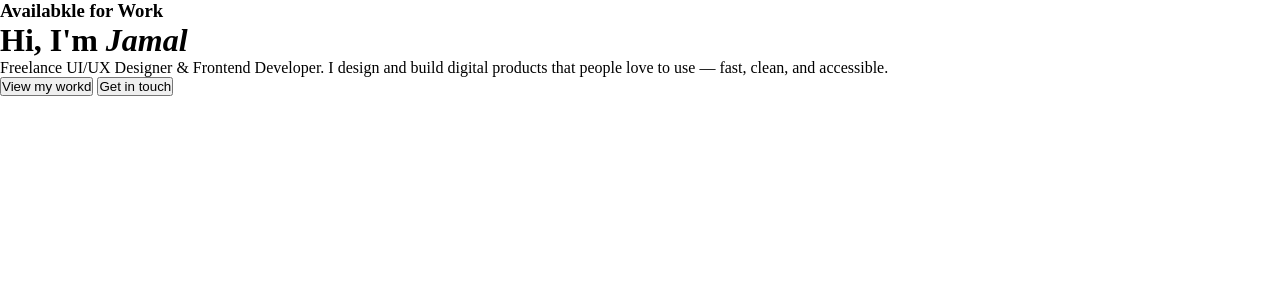
Repository: jamalissef-glitch/exercise1-JS
Page: Exercise33/index.html
The author's editor kept a copy of each file at every save. The page is drawn from the files as they stood at one save, then again after the next save.
The browser window is 1280 px wide. The pictures show the whole page.

Above is the page before, as saved 2026-07-14 17:37:43.

### Exercise33/index.html
<!DOCTYPE html>
<html lang="en">

<head>
 <meta charset="UTF-8">
 <meta name="viewport" content="width=device-width, initial-scale=1.0">
 <title>DOM</title>
</head>

<style>
 * {
  padding: 0;
  margin: 0;
  box-sizing: border-box;
 }
</style>

<body>

 <h3>Availabkle for Work</h3>
 <h1 id="head">Hi, I'm <em>Jamal</em></h1>
 <p class="desc">Freelance UI/UX Designer & Frontend Developer. I design and build digital products that people love to
  use — fast,
  clean, and accessible.</p>

 <button>View my workd</button>
 <button>Get in touch</button>


</body>

</html>

After the next save:
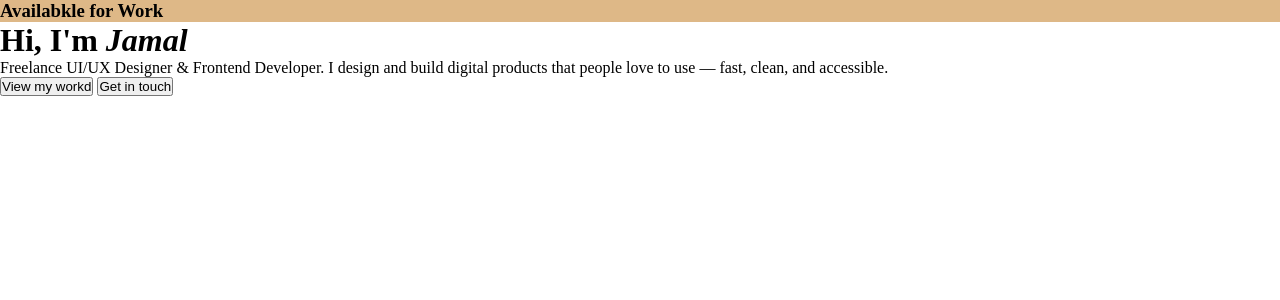
Saved 35 s later.
--- a/Exercise33/index.html
+++ b/Exercise33/index.html
@@ -12,6 +12,10 @@
   padding: 0;
   margin: 0;
   box-sizing: border-box;
+ }
+
+ h3 {
+  background-color: burlywood;
  }
 </style>
 
